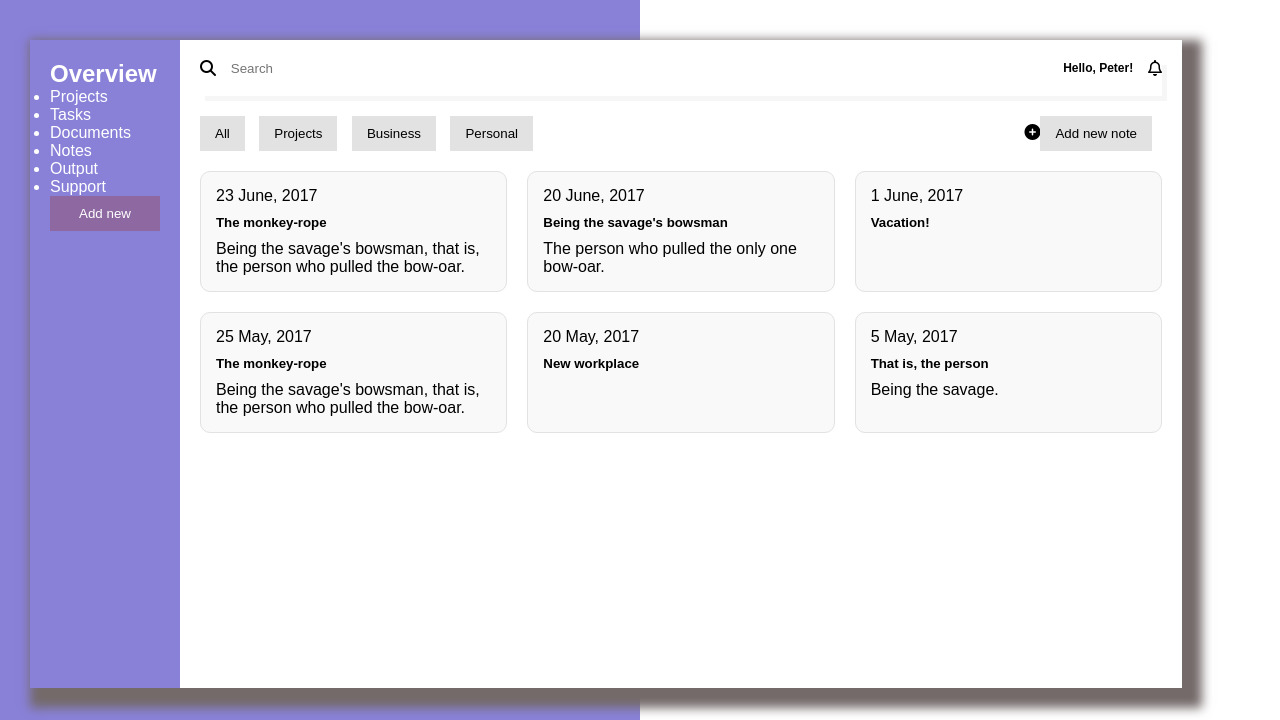
Repository: SatenikGabrielyan/HTML_CSS-_Assignment
Page: index.html
The author's editor kept a copy of each file at every save. The page is drawn from the files as they stood at one save, then again after the next save.
The browser window is 1280 px wide. The pictures show the whole page.
Some web libraries are served in a nearby version.

Above is the page before, as saved 2025-03-17 23:19:19.

### index.html
<!DOCTYPE html>
<html lang="en">
  <head>
    <meta charset="UTF-8" />
    <meta name="viewport" content="width=device-width, initial-scale=1.0" />
    <title>Notes App</title>
    <link rel="stylesheet" href="./style.css" />
    <script src="https://kit.fontawesome.com/858d305f19.js" crossorigin="anonymous"></script>
</head>
  <body>
      <div class="cont">
          <div class="purp"></div>
          <div class="whit"></div>
      </div>
    <div class="container">
      <aside class="sidebar">
        <header>
            <h2>Overview</h2>
        </header>
        <nav>
            <ul>
                <li>Projects</li>
                <li>Tasks</li>
                <li>Documents</li>
                <li>Notes</li>
                <li>Output</li>
                <li>Support</li>
            </ul>
        </nav>
        <button class="add-new">Add new</button>
    </aside>

    <main class="main-content">
       <div class="header">
            <i class="fas fa-search"></i>  <input type="text" placeholder="Search">
            <h3>Hello, Peter!</h3> <i class="fa-regular fa-bell"></i>
    </div>
    <div class="proj">
        <div class="but">
        <div class="tabs">
            <button>All</button>
            <button>Projects</button>
            <button>Business</button>
            <button>Personal</button>
        </div>
        <div >
            <i class="fa-solid fa-circle-plus"></i><button class="add tabs">Add new note</button>
        </div>
    </div>
        <div class="notes-grid">
            <div class="note-card">
                <h4>23 June, 2017</h4>
                <h5>The monkey-rope</h5>
                <p>Being the savage's bowsman, that is, the person who pulled the bow-oar.</p>
            </div>
            <div class="note-card">
                <h4>20 June, 2017</h4>
                <h5>Being the savage's bowsman</h5>
                <p>The person who pulled the only one bow-oar.</p>
            </div>
            <div class="note-card">
                <h4>1 June, 2017</h4>
                <h5>Vacation!</h5>
            </div>
            <div class="note-card">
                <h4>25 May, 2017</h4>
                <h5>The monkey-rope</h5>
                <p>Being the savage's bowsman, that is, the person who pulled the bow-oar.</p>
            </div>
            <div class="note-card">
                <h4>20 May, 2017</h4>
                <h5>New workplace</h5>
            </div>
            <div class="note-card">
                <h4>5 May, 2017</h4>
                <h5>That is, the person</h5>
                <p>Being the savage.</p>
            </div>
        </div>
    </div>
    </main>

    </div>

  </body>
</html>

### style.css
/* CSS Variables for Colors */
:root {
    --bg-color: #fbfbfb;
    --primary-color: #8981d8;
    --secondary-color: #d0d0d0;
    --text-color: #858499;
    --highlight-color: #7f77cc;
    --hover-color: rgba(137, 129, 216, 0.5);
  }


  * {
    margin: 0;
    padding: 0;
    box-sizing: border-box;
  }

  body {
    font-family: Arial, sans-serif;
    /* background-color: var(--bg-color); */
    display: flex;
    height: 100vh;
  }
  .wrapper{
    position: relative;
  }

  .cont{
      display: flex;
      width: 100%;
      position: relative;
      z-index: -1;
      border-radius: 10px;
  }
.purp {
    width: 50%;
    background-color: var(--primary-color);
    flex-direction: row;
}
.whit {
    width: 50%;
    /* background-color: lightgray; */
    flex-direction: row;
}
  .container {
    display: flex;
    width: 90%;
    height: 90%;

    box-shadow: 10px 10px 10px 10px rgb(116, 106, 106);
    margin-left: 30px;
    margin-right: 30px;
    margin-top: 40px;
    margin-bottom: 80px;
    background: center;
    position: absolute;
    z-index: 2;
  }

   .sidebar {
    width: 150px;
    background-color: var(--primary-color);
    color: #fff;
    display: flex;
    flex-direction: column;
    padding: 20px;
  }

  .main-content li {
    float: left;
  }

  .main-content li a {
    display: block;
    color: white;
    text-align: center;
    padding: 14px 16px;
    text-decoration: none;
  }

  .main-content li a:hover:not(.active) {
    background-color: #111;
  }

  .sidebar-header h2 {
    margin-bottom: 20px;
  }

  .sidebar-list {
    list-style: none;
  }

  .sidebar-list li {
    margin: 15px 0;
    display: flex;
    align-items: center;
    cursor: pointer;
  }

  .sidebar-list li i {
    margin-right: 10px;
  }

  .main-content {
    background-color: white;
    /* width: 200px; */
    flex-grow: 1;
    flex: 1;
    /* padding-top: 20px; */
     padding: 20px;
    /* overflow-y: auto;  */
  }

   /* header {
    display: flex;
    justify-content: space-between;
    align-items: center;
    margin-bottom: 20px;
  } */

  /*
  .header-left p {
    font-size: 1.2em;
    color: var(--text-color);
  }

  .header-right {
    display: flex;
    align-items: center;
  }

  .header-right i {
    margin-right: 20px;
    cursor: pointer;
  }

  .add-note-btn {
    background-color: var(--primary-color);
    color: #fff;
    border: none;
    padding: 10px 20px;
    cursor: pointer;
    display: flex;
    align-items: center;
  }

  .add-note-btn i {
    margin-right: 10px;
  }


  .notes-grid {
    display: grid;
    grid-template-columns: repeat(auto-fill, minmax(300px, 1fr));
    gap: 20px;
  }

  .note-item {
    background-color: #fff;
    border-radius: 8px;
    box-shadow: 0 2px 4px rgba(0, 0, 0, 0.1);
    overflow: hidden;
    display: flex;
    flex-direction: column;
    padding: 20px;
  }

  .note-item img {
    width: 100%;
    height: auto;
    border-radius: 8px;
    margin-bottom: 15px;
  }

  .note-item p {
    color: var(--text-color);
    font-size: 1em;
    line-height: 1.5;
  }


  .sidebar-list li:hover {
    background-color: var(--highlight-color);
    transition: background-color 0.3s ease;
  }


  @media (max-width: 768px) {
    .container {
      flex-direction: column;
    }

    .sidebar {
      width: 100%;
      flex-direction: row;
      justify-content: space-around;
      padding: 10px;
    }

    .sidebar-list {
      display: flex;
      flex-direction: row;
      gap: 15px;
    }

    .sidebar-list li {
      margin: 0;
    }

    .main-content {
      padding: 10px;
    }

    header {
      flex-direction: column;
      align-items: flex-start;
    }

    .header-right {
      margin-top: 10px;
    }

    .notes-grid {
      grid-template-columns: 1fr;
    }

    .note-item {
      padding: 10px;
    }

    .note-item img {
      margin-bottom: 10px;
    }
  } */
  /* .sidebar {
    background-color: #5e4b9a;
    color: white;
    width: 300px;
    padding: 20px;
} */

/* .sidebar header {
    font-size: 24px;
}

.sidebar nav ul {
    list-style: none;
    padding: 0;
}

.sidebar nav ul li {
    margin: 15px 0;
} */

.add-new {
    background-color: #8e68a0;
    color: white;
    border: none;
    padding: 10px;
    cursor: pointer;
}

.header {
    display: flex;
    width: 100%;
    justify-content: space-between;
    align-items: center;
    background-color: white;
    box-shadow: 5px  5px rgb(247, 246, 246);
    padding-bottom: 20px;
}

.header input {
    border: none;
    margin: 0;
    width: 85%;
}

.header h3 {
    margin: 0;
    font-size: 12px;
}

.tabs {
    margin: 20px 0;
}
/* .proj {
    background-color: lightgrey;
} */
.tabs button {
    margin-right: 10px;
    padding: 10px 15px;
    border: none;
    background-color: #e2e2e2;
    cursor: pointer;
}
.tabs :hover {
    background-color: var(--highlight-color);
    transition: background-color 0.3s ease;
  }

.notes-grid {
    display: grid;
    grid-template-columns: repeat(auto-fill, minmax(240px, 1fr));
    gap: 20px;
}
.but{
    display: flex;
    flex-direction: row;
    justify-content: space-between;
}
.add {
    margin-right: 10px;
    padding: 10px 15px;
    border: none;
    background-color: #e2e2e2;
    cursor: pointer;

}

.note-card {
    border: 1px solid #e2e2e2;
    border-radius: 10px;
    padding: 15px;
    background-color: #f9f9f9;
}

.note-card h4 {
    margin: 0;
    font-weight: normal;
}

.note-card h5 {
    margin: 10px 0;
}

After the next save:
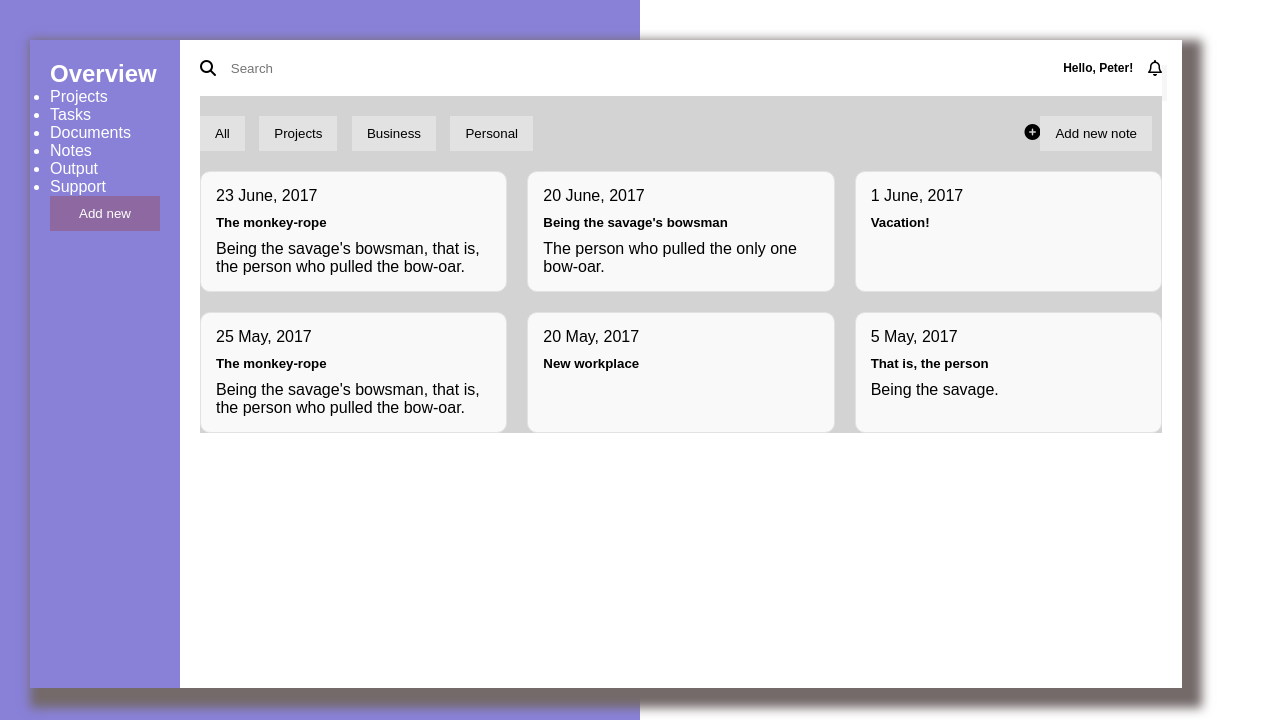
Saved 11 s later.
--- a/style.css
+++ b/style.css
@@ -284,9 +284,9 @@
 .tabs {
     margin: 20px 0;
 }
-/* .proj {
+.proj {
     background-color: lightgrey;
-} */
+}
 .tabs button {
     margin-right: 10px;
     padding: 10px 15px;

After the save that followed:
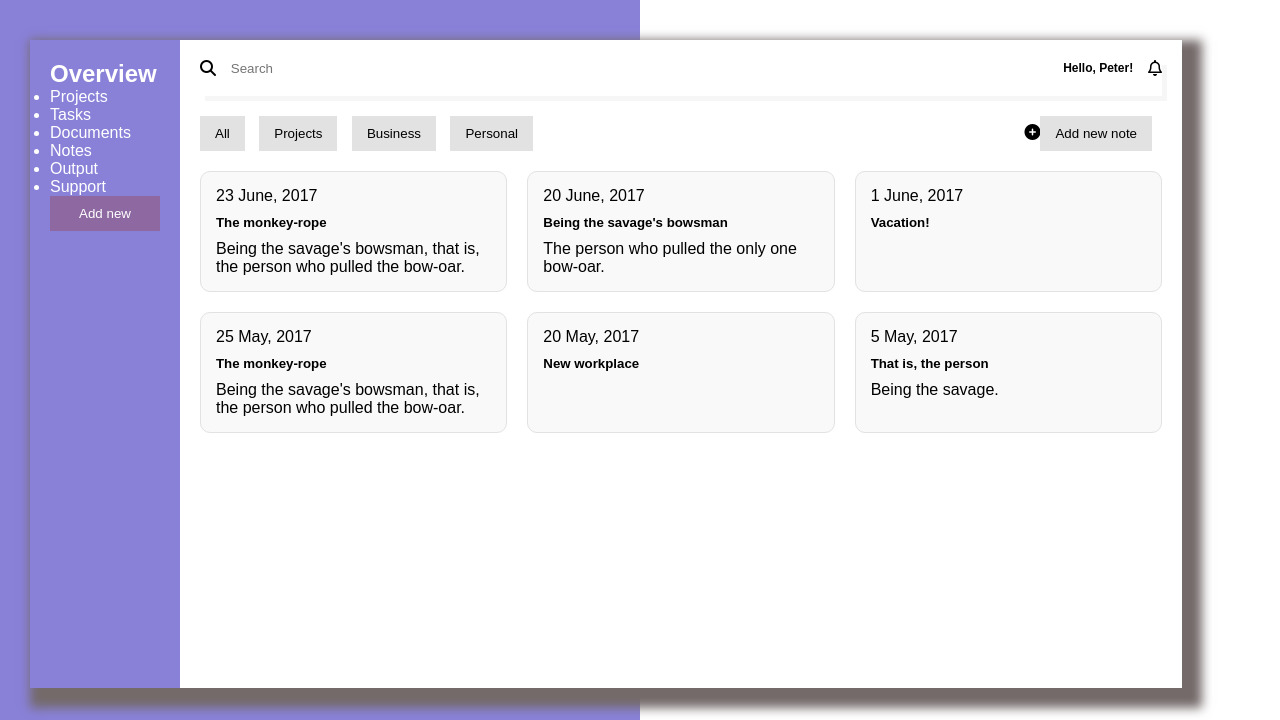
Saved 17 s later.
--- a/style.css
+++ b/style.css
@@ -285,7 +285,7 @@
     margin: 20px 0;
 }
 .proj {
-    background-color: lightgrey;
+    /* background-color: lightgrey; */
 }
 .tabs button {
     margin-right: 10px;
